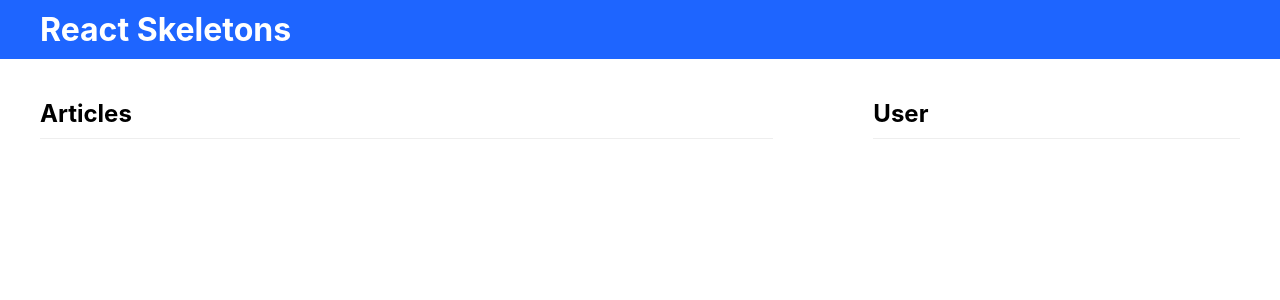
Repository: hwangstar156/React-skeleton-image
Page: /
These files come from the project's save history. The page is drawn as it stood at one moment and after the next save; the edit follows.
The browser window is 1280 px wide. The pictures show the whole page.
The page's requests for data from a server got no answer. The project was rebuilt for these pictures with package versions that can differ from the ones it lists, and the page was loaded fresh each time. No one was signed in, and anything a server would have sent is missing.

Above is the page before, as saved 2021-10-02 00:34:46.

### src/index.css
body {
  margin: 0;
  font-family: -apple-system, BlinkMacSystemFont, 'Segoe UI', 'Roboto', 'Oxygen',
    'Ubuntu', 'Cantarell', 'Fira Sans', 'Droid Sans', 'Helvetica Neue',
    sans-serif;
  -webkit-font-smoothing: antialiased;
  -moz-osx-font-smoothing: grayscale;
}

code {
  font-family: source-code-pro, Menlo, Monaco, Consolas, 'Courier New',
    monospace;
}

header {
  background : #1e65ff;
  padding : 10px;
}

header h1 {
  color : white;
  max-width: 1200px;
  margin : 0 auto;
}

h2 {
  padding-bottom : 10px;
  border-bottom: 1px solid #eee;
}

.content {
  width : 100%;
  max-width: 1200px;
  margin: 0 auto;
  padding : 20px;
  display: grid;
  grid-template-columns: 2fr 1fr;
  gap : 100px;
}

### src/App.js
import React from "react";

import Articles from "./component/Article";
import User from "./component/User";
function App() {
  return (
    <div className="App">
      <header>
        <h1>React Skeletons</h1>
      </header>
      <div className="content">
        <Articles />
        <User />
      </div>
    </div>
  );
}

export default App;

### src/component/Article.js
import React from "react";

const Articles = () => {
  return (
    <div className="articles">
      <h2>Articles</h2>
    </div>
  );
};

export default Articles;

### src/component/User.js
import React, { useState, useEffect } from "react";

const User = () => {
  const [profile, setProfile] = useState(null);

  useEffect(() => {
    setTimeout(async () => {
      const res = await fetch("https://jsonplaceholder.typicode.com/users");
      const data = await res.json();
      setProfile(data);
    }, 5000);
  });
  return (
    <div className="user">
      <h2>User</h2>
      {profile && (
        <div className="profile">
          <h3>{profile.username}</h3>
          <p>{profile.email}</p>
          <a href={profile.website}>{profile.website}</a>
        </div>
      )}
    </div>
  );
};

export default User;

Loaded but not shown: public/index.html (common file); src/index.js (common file)

After the next save:
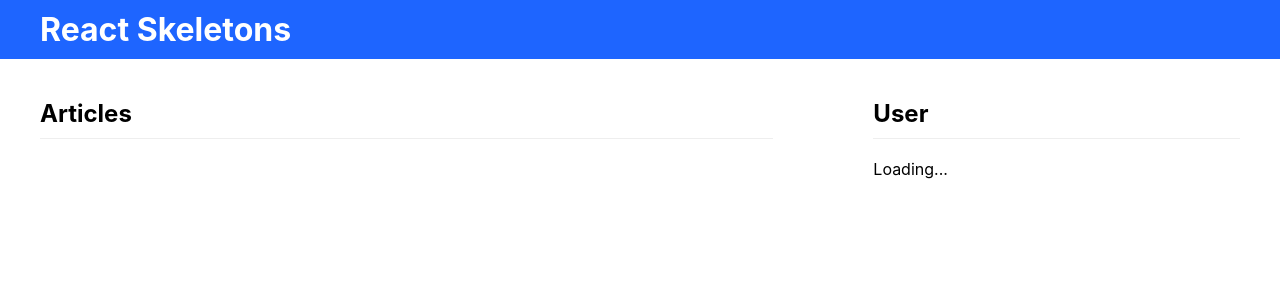
Saved 3 min 25 s later.
--- a/src/component/User.js
+++ b/src/component/User.js
@@ -5,6 +5,7 @@ const User = () => {
 
   useEffect(() => {
     setTimeout(async () => {
+      console.log("load");
       const res = await fetch("https://jsonplaceholder.typicode.com/users");
       const data = await res.json();
       setProfile(data);
@@ -20,6 +21,7 @@ const User = () => {
           <a href={profile.website}>{profile.website}</a>
         </div>
       )}
+      {!profile && <div>Loading...</div>}
     </div>
   );
 };
